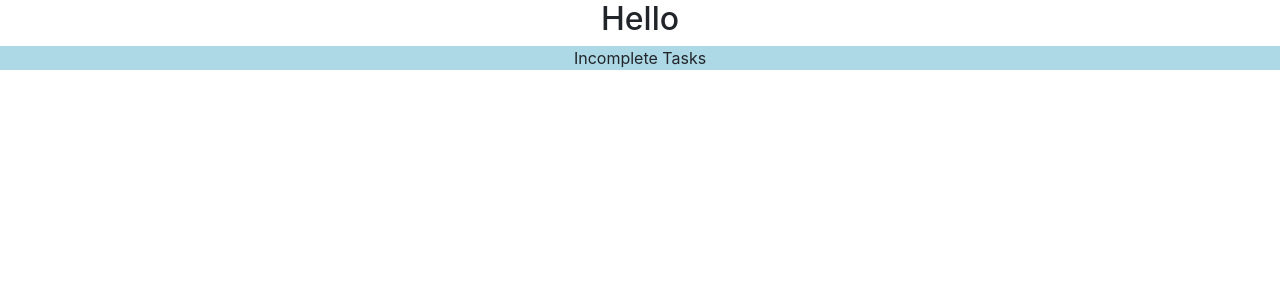
Repository: Sharif-00112/dashboard-task-frontend
Page: /
The author's editor kept a copy of each file at every save. The page is drawn from the files as they stood at one save, then again after the next save.
The browser window is 1280 px wide. The pictures show the whole page.
The project was rebuilt for these pictures with package versions that can differ from the ones it lists, and the page was loaded fresh each time.

Above is the page before, as saved 2023-01-27 23:14:31.

### src/index.js
import React from 'react';
import 'bootstrap/dist/css/bootstrap.css';
import ReactDOM from 'react-dom/client';
import './index.css';
import App from './App';
import reportWebVitals from './reportWebVitals';

const root = ReactDOM.createRoot(document.getElementById('root'));
root.render(
  <React.StrictMode>
    <App />
  </React.StrictMode>
);

// If you want to start measuring performance in your app, pass a function
// to log results (for example: reportWebVitals(console.log))
// or send to an analytics endpoint. Learn more: https://bit.ly/CRA-vitals
reportWebVitals();

### src/App.js
import './App.css';
import Incomplete from './Components/Incomplete';

function App() {
  return (
    <div className="App">

      <h2>Hello</h2>
      <Incomplete></Incomplete>
    </div>
  );
}

export default App;

### src/Components/Incomplete.js
import React, { useState } from 'react';
import { useEffect } from 'react';
import './styles.css';

const Incomplete = () => {
    const [tasks, setTasks] = useState([]);
    useEffect( ()=> {
        fetch('./tasks.JSON')
        .then(res => res.json())
        .then(data => setTasks(data))
    } ,[])
    return (
        <div className='background'>
            Incomplete Tasks
            {
                console.log(tasks)
            }
        </div>
    );
};

export default Incomplete;

### src/Components/styles.css
.background{
    background-color: lightblue;
}

### public/tasks.JSON
[
    {
      "clientName": "Client Name",
      "clientImg": "clientIMG.jpg",
      "supervisorName": "Sadik Istiak",
      "supervisorImg": "supervisorIMG.jpg",
      "taskSummary": "Lorem ipsum dolor sit amet consectetur adipisicing elit. Pariatur velit nemo accusamus. Dolorum, doloribus quisquam unde repellat iusto voluptatum quasi?",
      "progress": "1/2",
      "staff1Img": "staff1.jpg",
      "staff2Img": "staff2.jpg",
      "modules": 12,
      "message": 15,
      "attachment": 25,
      "date": "30-12-2022"
    },
    {
      "clientName": "Client Name",
      "clientImg": "clientIMG.jpg",
      "supervisorName": "Sadik Istiak",
      "supervisorImg": "supervisorIMG.jpg",
      "taskSummary": "Lorem ipsum dolor sit amet consectetur adipisicing elit. Pariatur velit nemo accusamus. Dolorum, doloribus quisquam unde repellat iusto voluptatum quasi?",
      "progress": "1/2",
      "staff1Img": "staff1.jpg",
      "staff2Img": "staff2.jpg",
      "modules": 12,
      "message": 15,
      "attachment": 25,
      "date": "30-12-2022"
    },
    {
      "clientName": "Client Name",
      "clientImg": "clientIMG.jpg",
      "supervisorName": "Sadik Istiak",
      "supervisorImg": "supervisorIMG.jpg",
      "taskSummary": "Lorem ipsum dolor sit amet consectetur adipisicing elit. Pariatur velit nemo accusamus. Dolorum, doloribus quisquam unde repellat iusto voluptatum quasi?",
      "progress": "1/2",
      "staff1Img": "staff1.jpg",
      "staff2Img": "staff2.jpg",
      "modules": 12,
      "message": 15,
      "attachment": 25,
      "date": "30-12-2022"
    },
    {
      "clientName": "Client Name",
      "clientImg": "clientIMG.jpg",
      "supervisorName": "Sadik Istiak",
      "supervisorImg": "supervisorIMG.jpg",
      "taskSummary": "Lorem ipsum dolor sit amet consectetur adipisicing elit. Pariatur velit nemo accusamus. Dolorum, doloribus quisquam unde repellat iusto voluptatum quasi?",
      "progress": "1/2",
      "staff1Img": "staff1.jpg",
      "staff2Img": "staff2.jpg",
      "modules": 12,
      "message": 15,
      "attachment": 25,
      "date": "30-12-2022"
    },
    {
      "clientName": "Client Name",
      "clientImg": "clientIMG.jpg",
      "supervisorName": "Sadik Istiak",
      "supervisorImg": "supervisorIMG.jpg",
      "taskSummary": "Lorem ipsum dolor sit amet consectetur adipisicing elit. Pariatur velit nemo accusamus. Dolorum, doloribus quisquam unde repellat iusto voluptatum quasi?",
      "progress": "1/2",
      "staff1Img": "staff1.jpg",
      "staff2Img": "staff2.jpg",
      "modules": 12,
      "message": 15,
      "attachment": 25,
      "date": "30-12-2022"
    },
    {
      "clientName": "Client Name",
      "clientImg": "clientIMG.jpg",
      "supervisorName": "Sadik Istiak",
      "supervisorImg": "supervisorIMG.jpg",
      "taskSummary": "Lorem ipsum dolor sit amet consectetur adipisicing elit. Pariatur velit nemo accusamus. Dolorum, doloribus quisquam unde repellat iusto voluptatum quasi?",
      "progress": "1/2",
      "staff1Img": "staff1.jpg",
      "staff2Img": "staff2.jpg",
      "modules": 12,
      "message": 15,
      "attachment": 25,
      "date": "30-12-2022"
    },
    {
      "clientName": "Client Name",
      "clientImg": "clientIMG.jpg",
      "supervisorName": "Sadik Istiak",
      "supervisorImg": "supervisorIMG.jpg",
      "taskSummary": "Lorem ipsum dolor sit amet consectetur adipisicing elit. Pariatur velit nemo accusamus. Dolorum, doloribus quisquam unde repellat iusto voluptatum quasi?",
      "progress": "1/2",
      "staff1Img": "staff1.jpg",
      "staff2Img": "staff2.jpg",
      "modules": 12,
      "message": 15,
      "attachment": 25,
      "date": "30-12-2022"
    },
    {
      "clientName": "Client Name",
      "clientImg": "clientIMG.jpg",
      "supervisorName": "Sadik Istiak",
      "supervisorImg": "supervisorIMG.jpg",
      "taskSummary": "Lorem ipsum dolor sit amet consectetur adipisicing elit. Pariatur velit nemo accusamus. Dolorum, doloribus quisquam unde repellat iusto voluptatum quasi?",
      "progress": "1/2",
      "staff1Img": "staff1.jpg",
      "staff2Img": "staff2.jpg",
      "modules": 12,
      "message": 15,
      "attachment": 25,
      "date": "30-12-2022"
    },
    {
      "clientName": "Client Name",
      "clientImg": "clientIMG.jpg",
      "supervisorName": "Sadik Istiak",
      "supervisorImg": "supervisorIMG.jpg",
      "taskSummary": "Lorem ipsum dolor sit amet consectetur adipisicing elit. Pariatur velit nemo accusamus. Dolorum, doloribus quisquam unde repellat iusto voluptatum quasi?",
      "progress": "1/2",
      "staff1Img": "staff1.jpg",
      "staff2Img": "staff2.jpg",
      "modules": 12,
      "message": 15,
      "attachment": 25,
      "date": "30-12-2022"
    },
    {
      "clientName": "Client Name",
      "clientImg": "clientIMG.jpg",
      "supervisorName": "Sadik Istiak",
      "supervisorImg": "supervisorIMG.jpg",
      "taskSummary": "Lorem ipsum dolor sit amet consectetur adipisicing elit. Pariatur velit nemo accusamus. Dolorum, doloribus quisquam unde repellat iusto voluptatum quasi?",
      "progress": "1/2",
      "staff1Img": "staff1.jpg",
      "staff2Img": "staff2.jpg",
      "modules": 12,
      "message": 15,
      "attachment": 25,
      "date": "30-12-2022"
    }
]

Loaded but not shown: public/index.html (common file); src/index.css (common file); src/reportWebVitals.js (common file); src/App.css (common file)

After the next save:
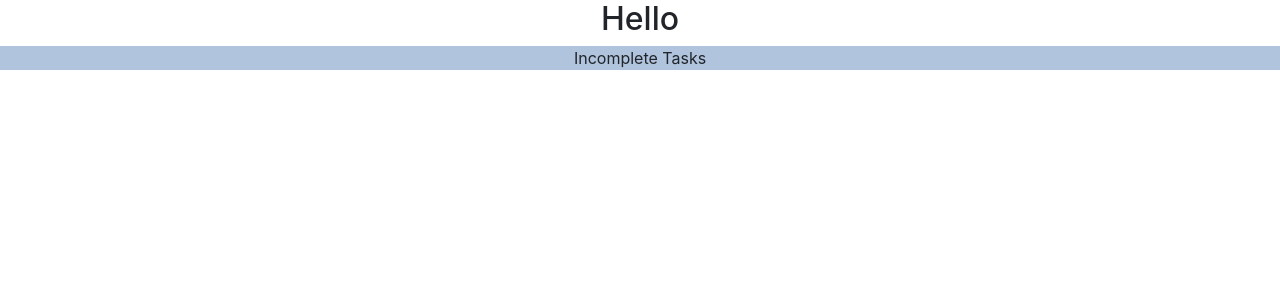
Saved 16 s later.
--- a/src/Components/styles.css
+++ b/src/Components/styles.css
@@ -1,3 +1,3 @@
 .background{
-    background-color: lightblue;
+    background-color: lightsteelblue;
 }
